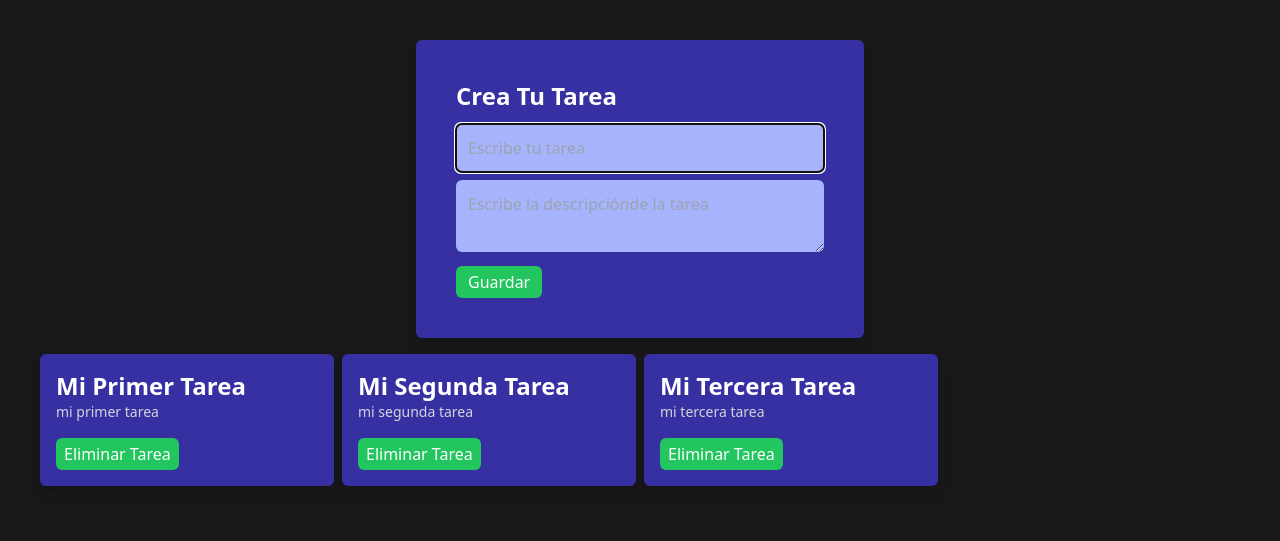
Repository: Ciromontes/AgendaTuTarea
Page: /
The author's editor kept a copy of each file at every save. The page is drawn from the files as they stood at one save, then again after the next save.
The browser window is 1280 px wide. The pictures show the whole page.
The project was rebuilt for these pictures with package versions that can differ from the ones it lists, and the page was loaded fresh each time. Also part of the build but not shown: vite.config.js.

Above is the page before, as saved 2023-09-19 08:54:03.

After the next save:
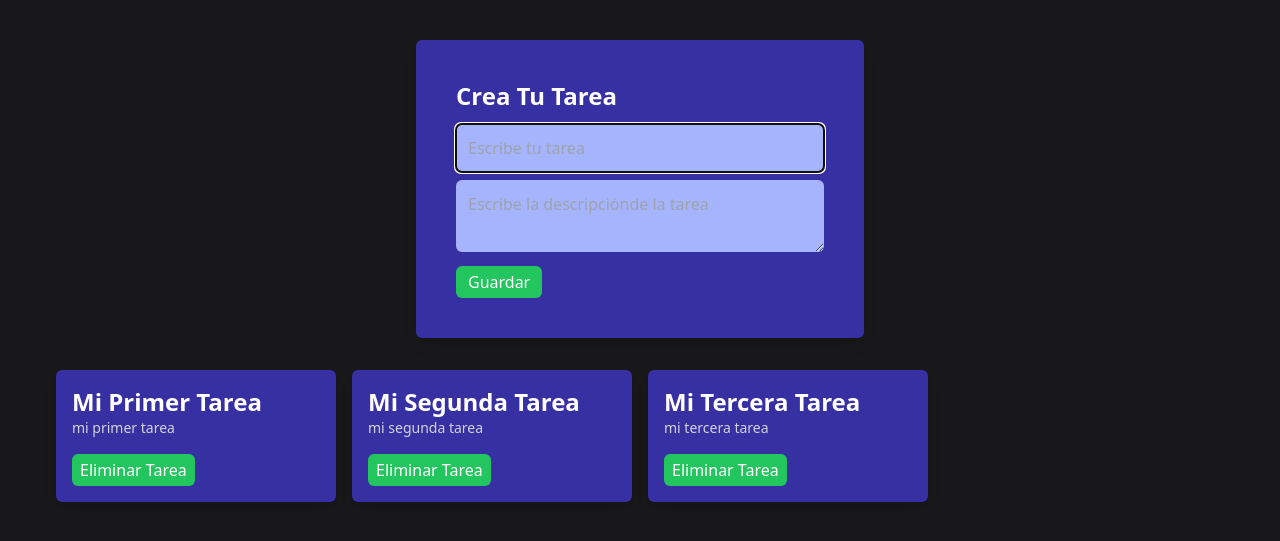
Saved 80 s later.
--- a/src/components/TaskList.jsx
+++ b/src/components/TaskList.jsx
@@ -1,28 +1,25 @@
 import TaskCard from "./TaskCard";
 import { useContext } from "react";
 import { TaskContext } from '../context/TaskContext';
+
 function TaskList() {
   const { tasks } = useContext(TaskContext);
 
-
   if (tasks.length === 0) {
     return (
-    <h1 className="text-white text text-4xl font-bold text-center">
-      Noy hay tareas aún
+    <h1 className="text-indigo-500 text text-4xl font-bold text-center">
+      No hay tareas aún
     </h1>
-
     )
   }
 
-
   return (
-    <div className="grid grid-cols-4 gap-2">
+    <div className="grid grid-cols-4 gap-4 p-4">
       {tasks.map((task) => (
         <TaskCard key={task.id} task={task} />
       ))}
-
     </div>
   );
 }
 
-export default TaskList
+export default TaskList;
